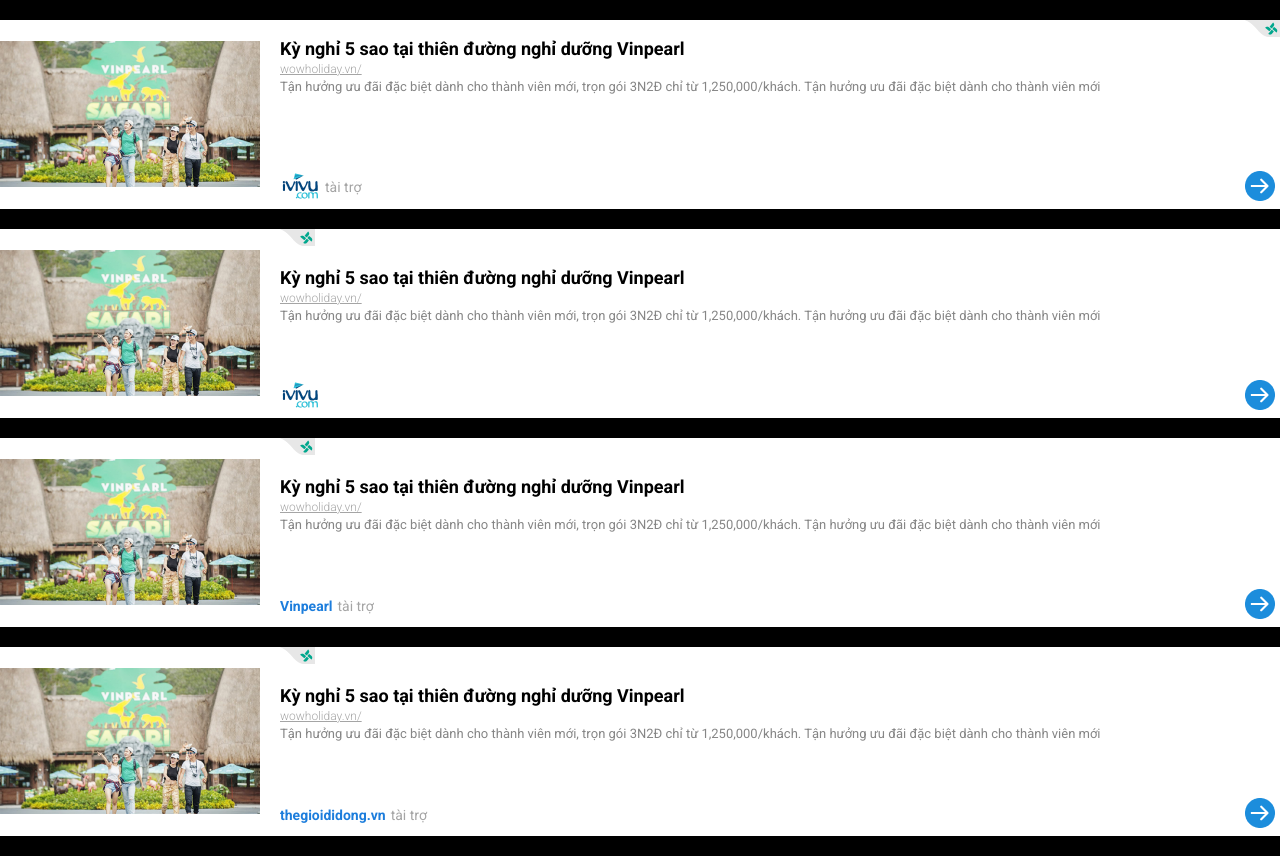
Repository: cuongnguyen1116/Cut-Template
Page: article-card/index.html
An editor plug-in stored every save of this project. The page is shown before and after the next save, followed by the edit.
The browser window is 1280 px wide. The pictures show the whole page.
The style sheet was rebuilt from its Sass, Less or Tailwind sources for each picture, by a compiler version that may differ from the author's.

Above is the page before, as saved 2023-07-20 10:44:18.

After the next save:
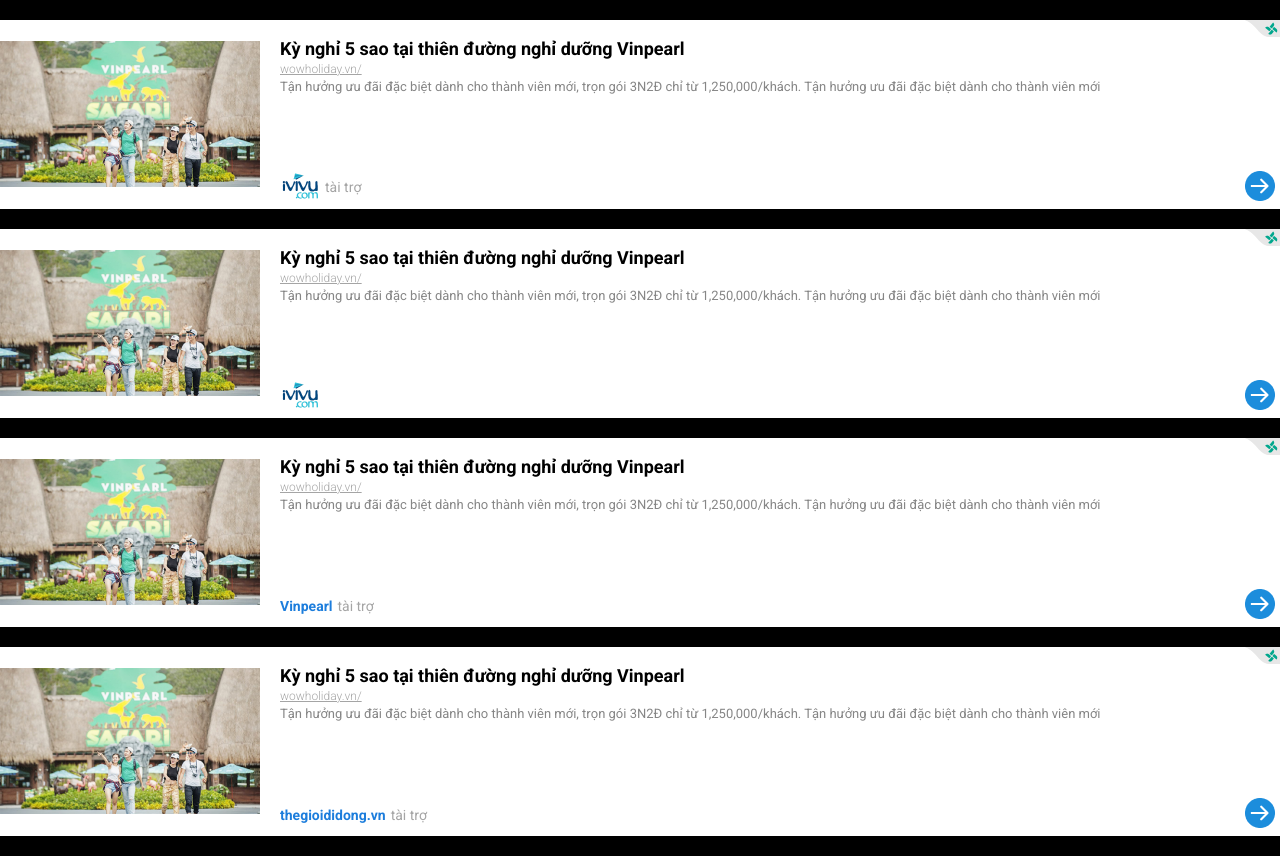
Saved 95 s later.
--- a/article-card/index.html
+++ b/article-card/index.html
@@ -38,13 +38,13 @@
       </div>
     </div>
     <div id="box2" class="card" style="background-color: white">
+      <div class="adxLogo">
+        <img src="./image/adxlogo-2.png" alt="" />
+      </div>
       <div class="card__image">
         <img src="./image/article-img.png" alt="" />
       </div>
       <div class="card__content">
-        <div class="card__adxLogo">
-          <img src="./image/adxlogo-2.png" alt="" />
-        </div>
         <div class="card__body">
           <h3 class="card__body--title">
             Kỳ nghỉ 5 sao tại thiên đường nghỉ dưỡng Vinpearl
@@ -68,13 +68,13 @@
     </div>
 
     <div id="box3" class="card" style="background-color: white">
+      <div class="adxLogo">
+        <img src="./image/adxlogo-2.png" alt="" />
+      </div>
       <div class="card__image">
         <img src="./image/article-img.png" alt="" />
       </div>
       <div class="card__content">
-        <div class="card__adxLogo">
-          <img src="./image/adxlogo-2.png" alt="" />
-        </div>
         <div class="card__body">
           <h3 class="card__body--title">
             Kỳ nghỉ 5 sao tại thiên đường nghỉ dưỡng Vinpearl
@@ -98,13 +98,13 @@
       </div>
     </div>
     <div id="box4" class="card" style="background-color: white">
+      <div class="adxLogo">
+        <img src="./image/adxlogo-2.png" alt="" />
+      </div>
       <div class="card__image">
         <img src="./image/article-img.png" alt="" />
       </div>
       <div class="card__content">
-        <div class="card__adxLogo">
-          <img src="./image/adxlogo-2.png" alt="" />
-        </div>
         <div class="card__body">
           <h3 class="card__body--title">
             Kỳ nghỉ 5 sao tại thiên đường nghỉ dưỡng Vinpearl
